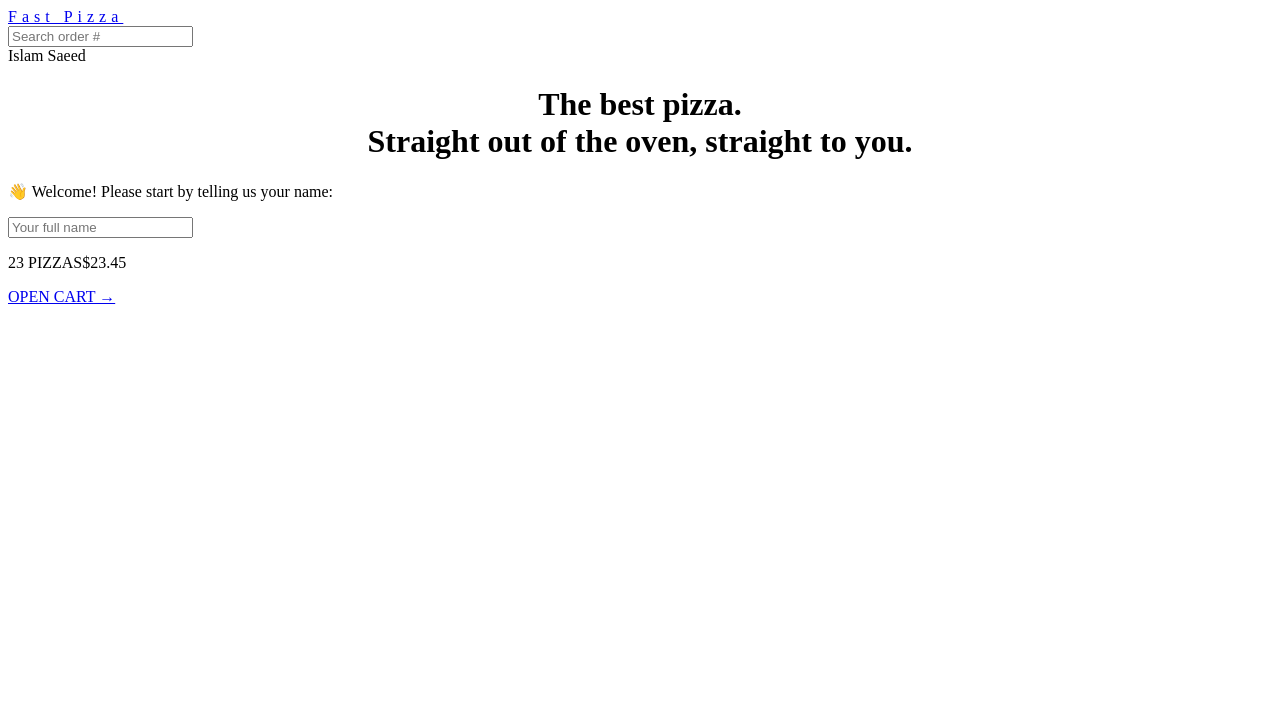
Repository: islamsaeedDev/ecommerce-cash-on-deliver-pizza-store
Page: /
The author's editor kept a copy of each file at every save. The page is drawn from the files as they stood at one save, then again after the next save.
The browser window is 1280 px wide. The pictures show the whole page.
The project was rebuilt for these pictures with package versions that can differ from the ones it lists, and the page was loaded fresh each time. Also part of the build but not shown: vite.config.js, src/ui/Error.jsx, src/services/apiRestaurant.js, src/utils/helpers.js, src/features/menu/MenuItem.jsx, src/features/menu/Menu.jsx, src/features/cart/Cart.jsx, src/features/order/Order.jsx and 1 more. Imported but missing from the stored project, and not drawn on this page: src/features/order/CreateOrder.

Above is the page before, as saved 2025-10-22 08:14:39.

### index.html
<!doctype html>
<html lang="en">
  <head>
    <meta charset="UTF-8" />
    <link rel="icon" type="image/svg+xml" href="/vite.svg" />
    <meta name="viewport" content="width=device-width, initial-scale=1.0" />

    <title>Vite + React</title>
  </head>
  <body class="bg-stone-100 text-stone-700">
    <div id="root"></div>
    <script type="module" src="/src/main.jsx"></script>
  </body>
</html>

### src/App.jsx
import { createBrowserRouter, RouterProvider } from "react-router-dom";
import Home from "./ui/Home";
import Error from "./ui/Error";
import Menu, { loader as menuLoader } from "./features/menu/Menu";

import Cart from "./features/cart/Cart";
import CreateOrder, {
  action as createOrderAction,
} from "./features/order/CreateOrder";
import Order, { loader as orderLoader } from "./features/order/Order";
import AppLayout from "./ui/AppLayout";

const router = createBrowserRouter([
  {
    element: <AppLayout />,
    errorElement: <Error />,
    children: [
      {
        path: "/",
        element: <Home />,
      },
      {
        path: "/menu",
        element: <Menu />,
        loader: menuLoader,
        errorElement: <Error />,
      },
      { path: "/cart", element: <Cart /> },
      {
        path: "/order/new",
        element: <CreateOrder />,
        action: createOrderAction,
      },
      {
        path: "/order/:orderId",
        element: <Order />,
        loader: orderLoader,
        errorElement: <Error />,
      },
    ],
  },
]);

function App() {
  return <RouterProvider router={router} />;
}

export default App;

### src/index.css
@tailwind base;
@tailwind components;
@tailwind utilities;
/* body {
  font-family: system-ui, -apple-system, BlinkMacSystemFont, "Segoe UI", Roboto,
    Oxygen, Ubuntu, Cantarell, "Open Sans", "Helvetica Neue", sans-serif;
  background-color: #f7f7f7;
  color: #444;
}

.layout {
  display: grid;
  grid-template-rows: auto 1fr auto;
  gap: 32px;
  height: 100dvh;
} */

/* https://dev.to/afif/i-made-100-css-loaders-for-your-next-project-4eje */
.loader {
  width: 45px;
  aspect-ratio: 0.75;
  --c: no-repeat linear-gradient(#333 0 0);
  background: var(--c) 0% 50%, var(--c) 50% 50%, var(--c) 100% 50%;
  background-size: 20% 50%;
  animation: loading 1s infinite linear;
}

@keyframes loading {
  20% {
    background-position: 0% 0%, 50% 50%, 100% 50%;
  }
  40% {
    background-position: 0% 100%, 50% 0%, 100% 50%;
  }
  60% {
    background-position: 0% 50%, 50% 100%, 100% 0%;
  }
  80% {
    background-position: 0% 50%, 50% 50%, 100% 100%;
  }
}

### src/ui/Home.jsx
import CreateUser from '../features/user/CreateUser';

function Home() {
  return (
    <div>
      <h1 className="mb-8 text-center text-3xl font-semibold">
        The best pizza.
        <br />
        <span className="text-fuchsia-500">
          Straight out of the oven, straight to you.
        </span>
      </h1>

      <CreateUser />
    </div>
  );
}

export default Home;

### src/ui/AppLayout.jsx
import { Outlet, useNavigation } from 'react-router-dom';
import CartOverview from '../features/cart/CartOverview';
import Header from './Header';
import Loader from './Loader';

function AppLayout() {
  const navigation = useNavigation();

  const isLoading = navigation.state === 'loading';

  return (
    <div className="layout">
      {isLoading && <Loader />}
      <Header />
      <main>
        <Outlet />
      </main>

      <CartOverview />
    </div>
  );
}

export default AppLayout;

### src/features/cart/CartOverview.jsx
import { Link } from 'react-router-dom';

function CartOverview() {
  return (
    <div className="bg-stone-800 uppercase text-stone-200">
      <p className="font-semibold text-stone-300">
        <span>23 pizzas</span>
        <span>$23.45</span>
      </p>
      <Link to="/cart">Open cart &rarr;</Link>
    </div>
  );
}

export default CartOverview;

### src/ui/Header.jsx
import { Link } from 'react-router-dom';
import SearchOrder from '../features/order/SearchOrder';
import Username from '../features/user/Username';

function Header() {
  return (
    <header className="uppcase bg-fuchsia-500">
      <Link className="tracking-[5px]" to="/">
        Fast Pizza
      </Link>
      {/* <Link to="/menu">Menu</Link>
      <Link to="/cart">Cart</Link>
      <Link to="/order/new">Order pizzas</Link>
      <Link to="/order">Orders</Link> */}
      <SearchOrder />
      <Username />
    </header>
  );
}

export default Header;

### src/features/order/SearchOrder.jsx
import { useState } from "react";
import { useNavigate } from "react-router-dom";

function SearchOrder() {
  const [query, setQuery] = useState();
  const navigate = useNavigate();

  const handleSubmit = (e) => {
    e.preventDefault();
    if (!query) return;
    navigate(`/order/${query}`);
    setQuery("");
  };

  return (
    <form onSubmit={handleSubmit}>
      <input
        placeholder="Search order #"
        value={query}
        onChange={(e) => setQuery(e.target.value)}
      />
    </form>
  );
}

export default SearchOrder;

### src/features/user/Username.jsx
function Username() {
  return <div className="text-sm font-semibold">Islam Saeed</div>;
}

export default Username;

Loaded but not shown: src/main.jsx (common file); src/features/user/CreateUser.jsx (common file)

After the next save:
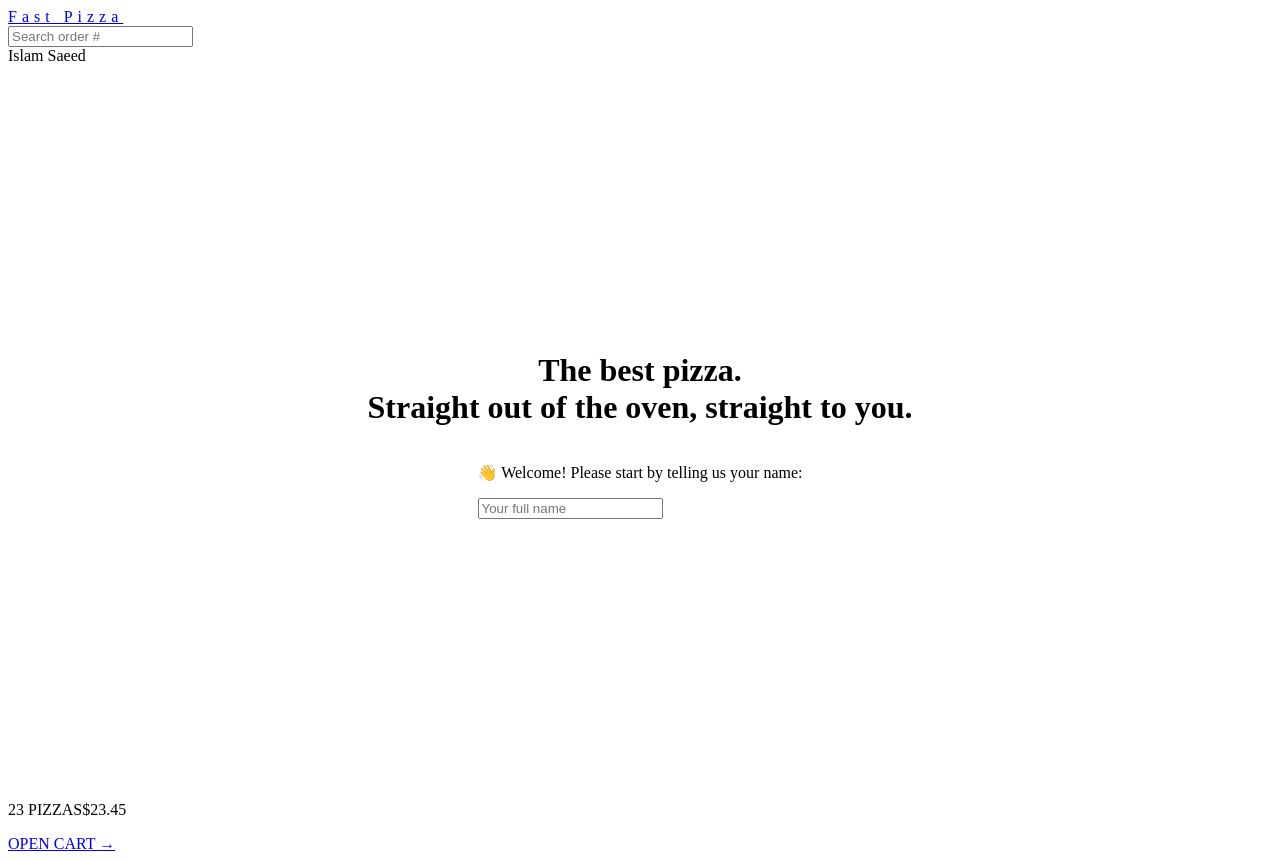
Saved 33 s later.
--- a/src/ui/Home.jsx
+++ b/src/ui/Home.jsx
@@ -2,7 +2,7 @@ import CreateUser from '../features/user/CreateUser';
 
 function Home() {
   return (
-    <div>
+    <div className="flex min-h-screen flex-col items-center justify-center bg-gray-100 p-4">
       <h1 className="mb-8 text-center text-3xl font-semibold">
         The best pizza.
         <br />
